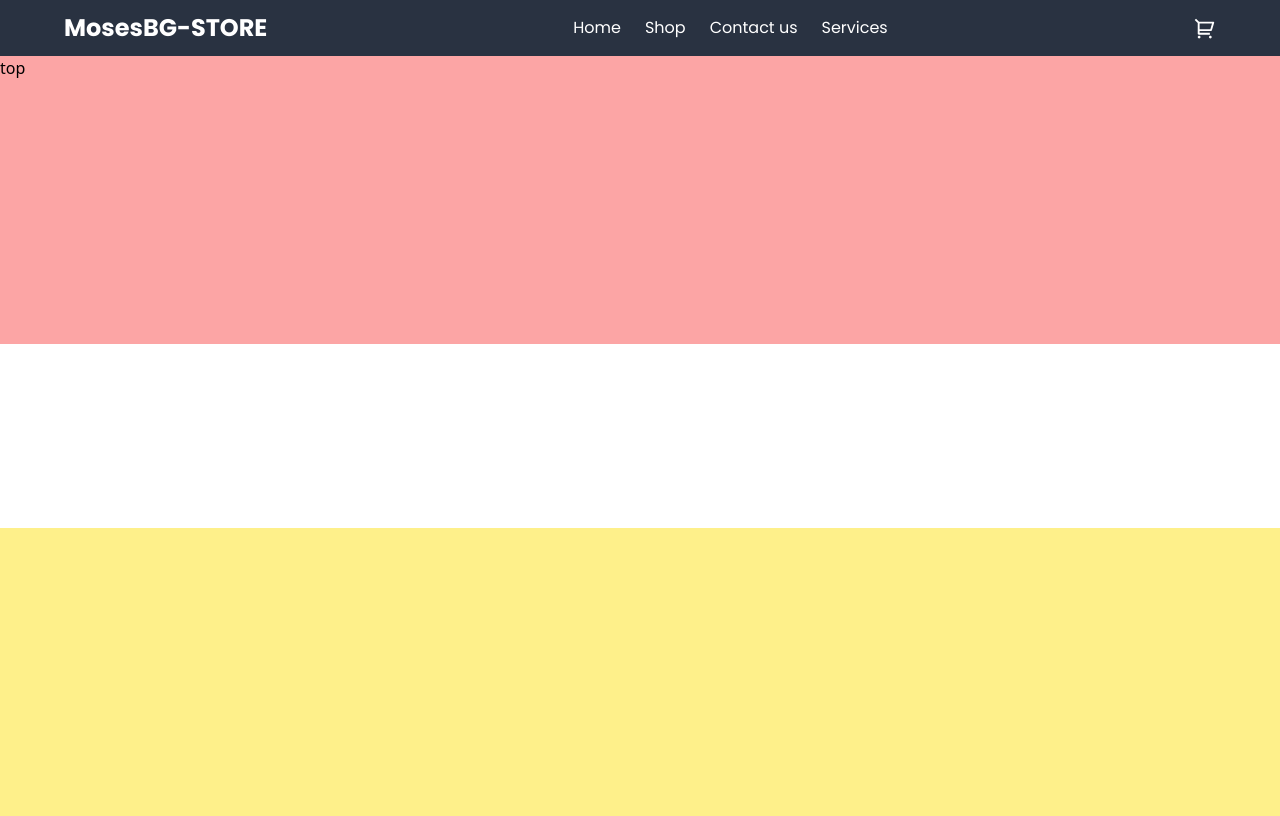
Repository: moshebengan/cart
Page: /fake-store/contact-us
These files come from the project's save history. The page is drawn as it stood at one moment and after the next save; the edit follows.
The browser window is 1280 px wide. The pictures show the whole page.
The project was rebuilt for these pictures with package versions that can differ from the ones it lists, and the page was loaded fresh each time. Also part of the build but not shown: vite.config.js, src/components/Error.jsx, src/utils/data.js, src/utils/apiCalls.js, src/components/Loading.jsx, src/components/Products.jsx, src/components/Footer.jsx, src/pages/HomePage.jsx and 5 more.

Above is the page before, as saved 2024-09-15 15:31:51.

After the next save:
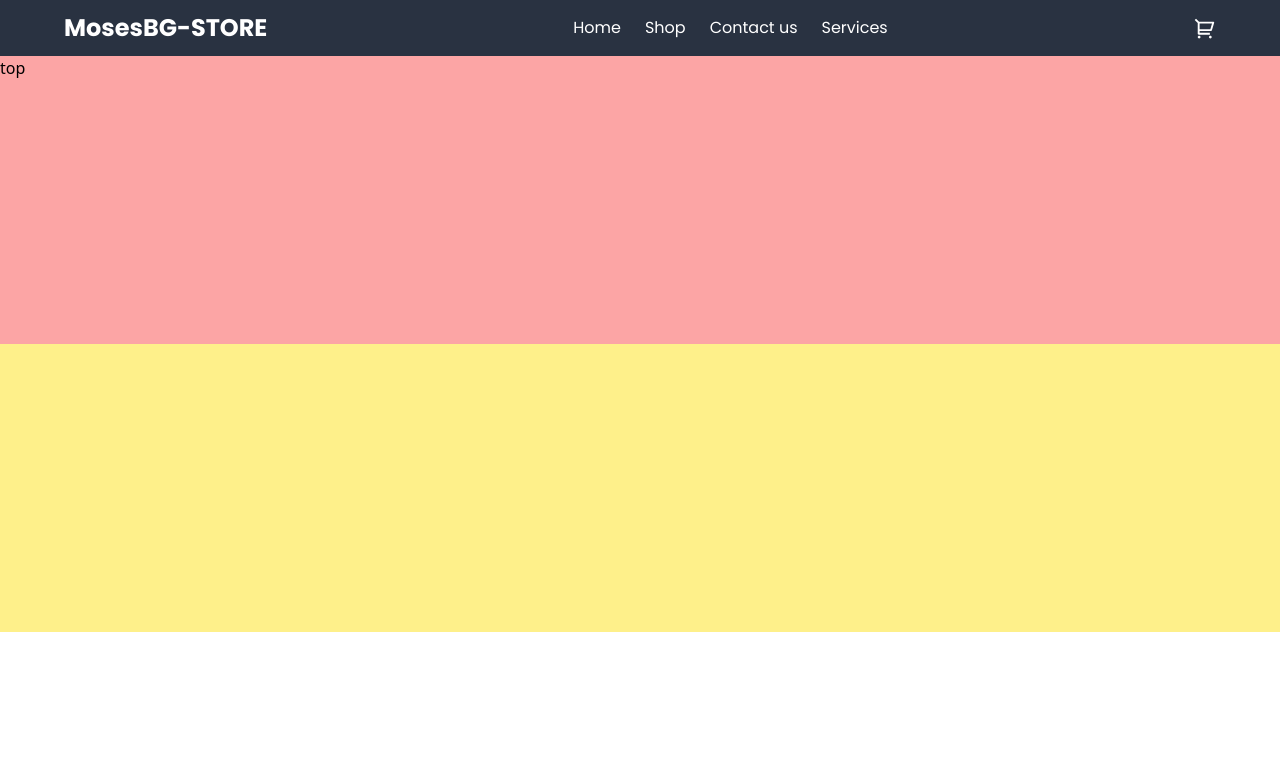
Saved 43 s later.
--- a/src/pages/ContactUs.jsx
+++ b/src/pages/ContactUs.jsx
@@ -4,7 +4,7 @@ const ContactUs = () => {
   return (
     <div className="w-full h-screen flex flex-col relative">
       <div className="w-full h-[40%] bg-red-300">top</div>
-      <div className="w-full h-[40%] bg-yellow-200 flex flex-row absolute -bottom-10">
+      <div className="w-full h-[40%] bg-yellow-200 flex flex-row">
         {/* <div className="absolute bg-red-500 -top-10 flex items-center justify-center w-2/5" >up</div>
         <div className="absolute bg-teal-500">down</div> */}
         {/* <div className="absolute -top-10 left-10 bg-yellow-300 flex-initial w-64">left</div>
